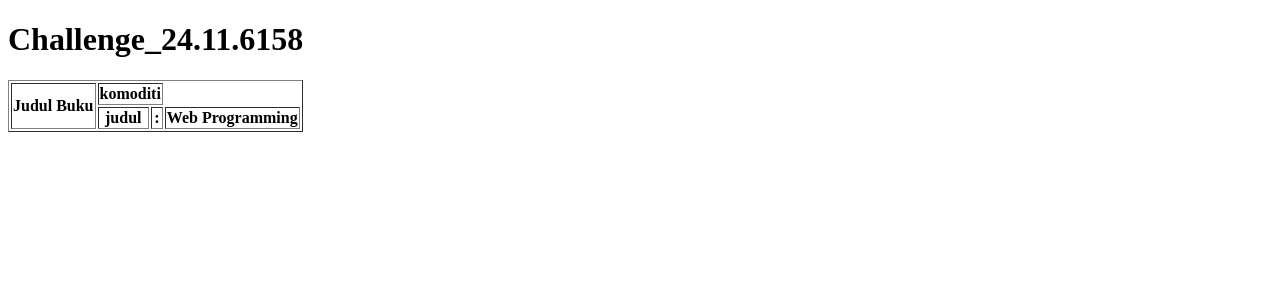
Repository: RoyyanSuryanto/Challenge_24116158
Page: Pertemuan 4/Challenge_24116158.html
An editor plug-in stored every save of this project. The page is shown before and after the next save, followed by the edit.
The browser window is 1280 px wide. The pictures show the whole page.

Above is the page before, as saved 2026-04-20 09:38:56.

After the next save:
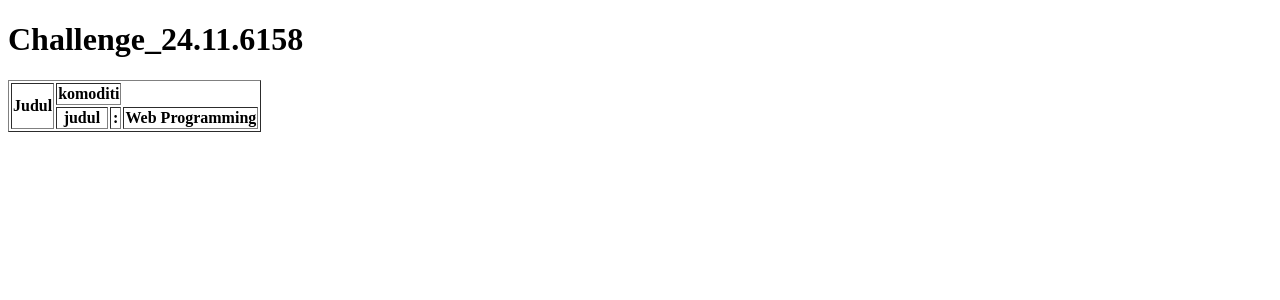
Saved 8 s later.
--- a/Pertemuan 4/Challenge_24116158.html
+++ b/Pertemuan 4/Challenge_24116158.html
@@ -12,7 +12,7 @@
 
     <table border=>
         <tr>
-            <th rowspan="2" background-color="lightgreen">Judul Buku</th>
+            <th rowspan="2" background-color="lightgreen">Judul</th>
             <th colspan="2" background-color="orange">komoditi</th>
         </tr>
 
